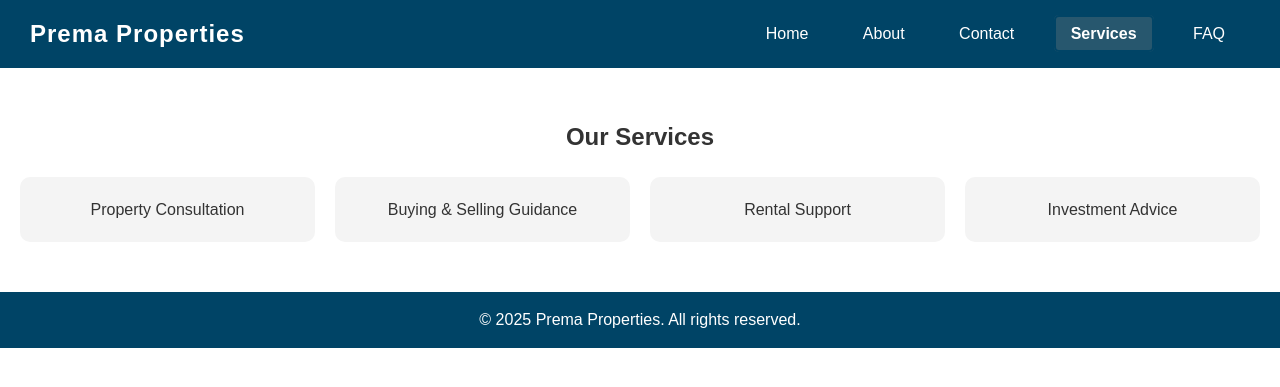
Repository: mnqobiMenzi/Prema-Properties
Page: services.html
An editor plug-in stored every save of this project. The page is shown before and after the next save, followed by the edit.
The browser window is 1280 px wide. The pictures show the whole page.

Above is the page before, as saved 2025-10-04 08:55:59.

After the next save:
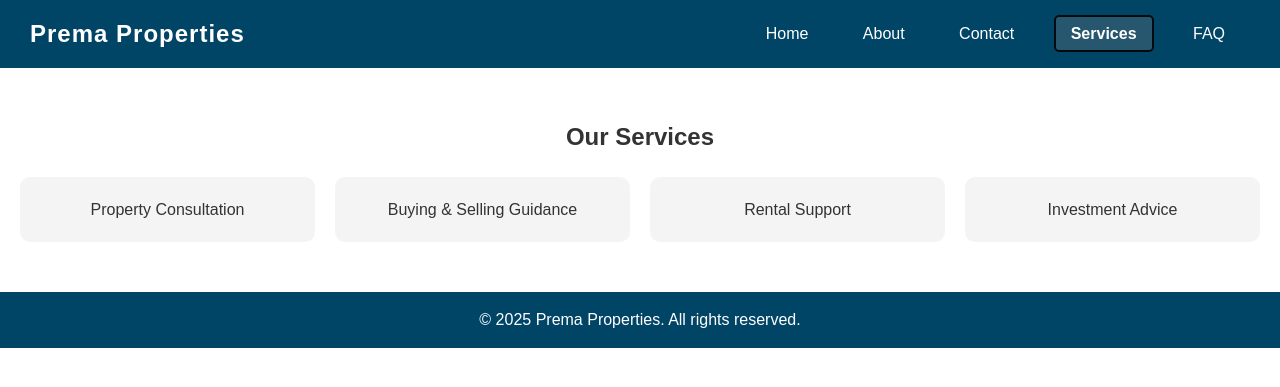
Saved 22 s later.
--- a/CSS/style.css
+++ b/CSS/style.css
@@ -52,7 +52,7 @@ header nav a:hover {
 header nav a.active {
   background: rgba(128, 128, 128, 0.3);
   font-weight: bold;
-  border: 2px solid #004466;
+  border: 2px solid #000a0f;
 }
 /* Hero */
 .hero {
